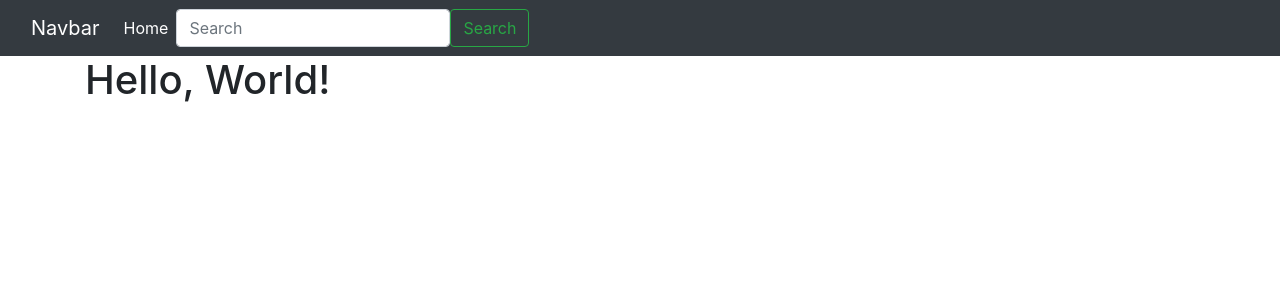
Repository: jaisydh07/WEBD6201-Week1
Page: index.html
The author's editor kept a copy of each file at every save. The page is drawn from the files as they stood at one save, then again after the next save.
The browser window is 1280 px wide. The pictures show the whole page.

Above is the page before, as saved 2021-01-28 22:24:34.

After the next save:
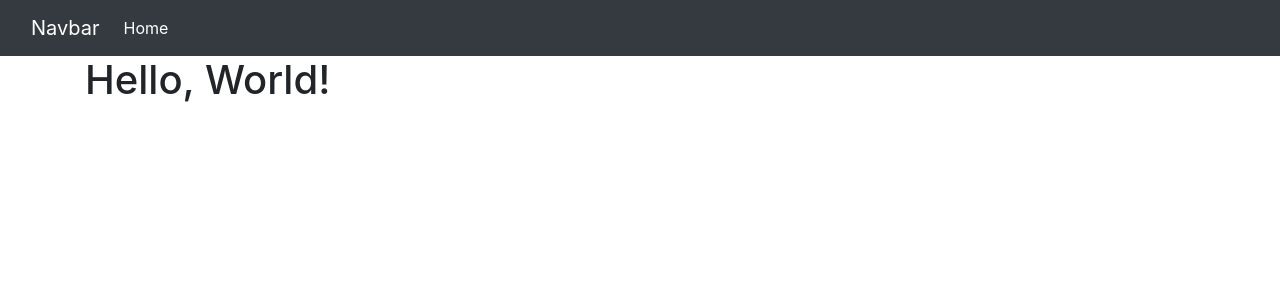
Saved 88 s later.
--- a/index.html
+++ b/index.html
@@ -23,10 +23,6 @@
                 <a class="nav-link active" aria-current="page" href="#">Home</a>
               </li>
             </ul>
-            <form class="d-flex">
-              <input class="form-control me-2" type="search" placeholder="Search" aria-label="Search">
-              <button class="btn btn-outline-success" type="submit">Search</button>
-            </form>
           </div>
         </div>
       </nav>
